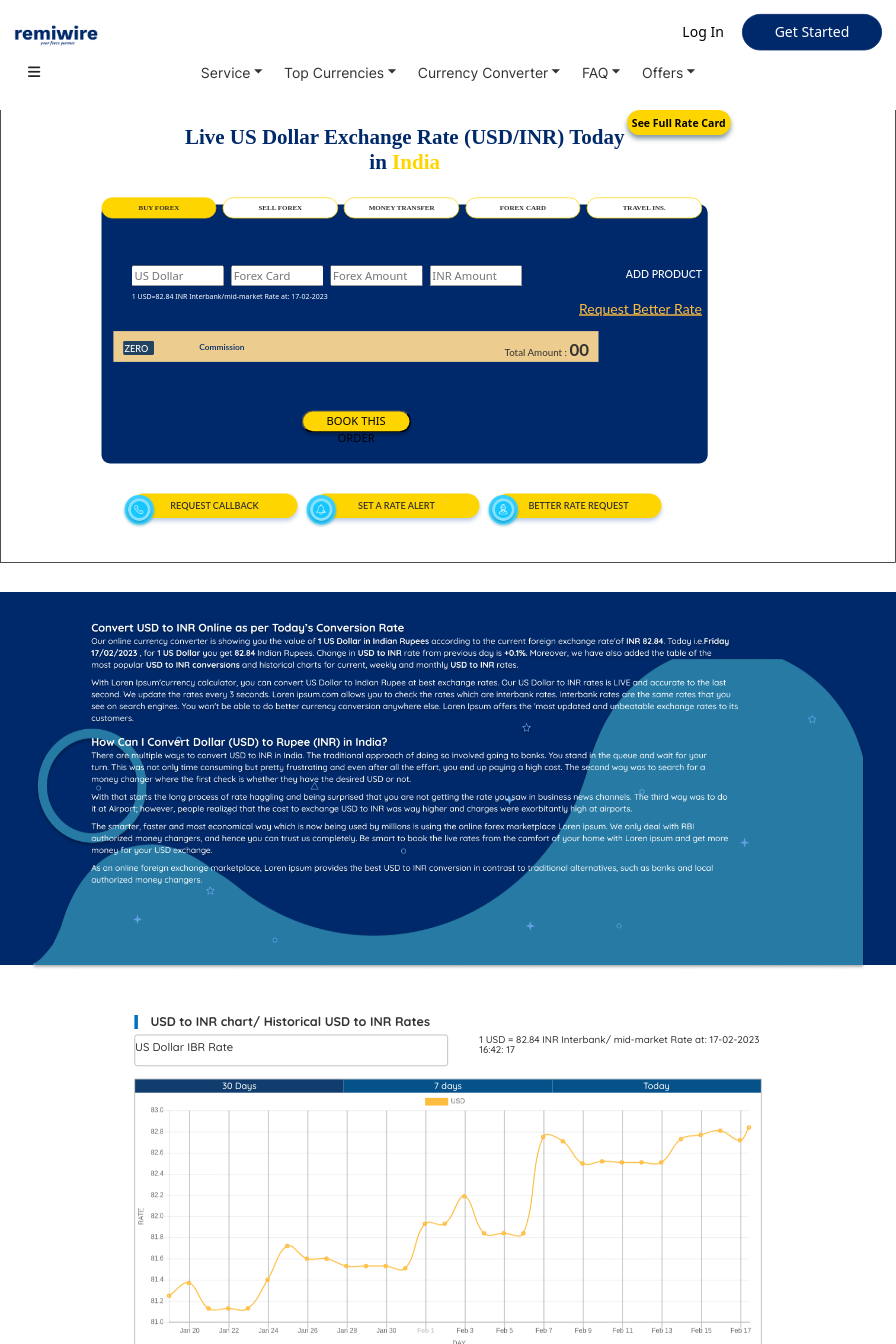
Repository: FlyweisReact/Akshadeep-latest
Page: /exchange
An editor plug-in stored every save of this project. The page is shown before and after a run of saves, followed by the edit.
The browser window is 1280 px wide. The pictures show the part of the page from y = 0 to 1920 px (the page is 4008 px tall before and 4044 px after), at 70% of full size.
Some web libraries are served in a nearby version. The project was rebuilt for these pictures with package versions that can differ from the ones it lists, and the page was loaded fresh each time. Also part of the build but not shown: src/components/order_p1.jsx, src/components/order_p2.jsx, src/components/faas.jsx, src/components/offer.jsx, src/components/Component/Index/CurrencySlider.js, src/components/Component/Index/IndexFirstMotion.js, src/components/Component/Index/IndexSecondMotion.js, src/components/Component/Index/IndexThirdMotion.js and 15 more.

Above is the page before, as saved 2023-05-30 17:28:43.

### public/index.html
<!DOCTYPE html>
<html lang="en">
  <head>
    <meta charset="utf-8" />
    <link rel="icon" href="%PUBLIC_URL%/favicon.ico" />
    <meta name="viewport" content="width=device-width, initial-scale=1" />
    <meta name="theme-color" content="#000000" />
    <meta
      name="description"
      content="Web site created using create-react-app"
    />
    <link rel="apple-touch-icon" href="%PUBLIC_URL%/logo192.png" />

    <link rel="manifest" href="%PUBLIC_URL%/manifest.json" />
    <link rel="stylesheet" href="https://cdnjs.cloudflare.com/ajax/libs/font-awesome/5.15.3/css/all.min.css" />
    <link href="https://cdn.jsdelivr.net/npm/bootstrap@5.3.0-alpha1/dist/css/bootstrap.min.css" rel="stylesheet" integrity="sha384-GLhlTQ8iRABdZLl6O3oVMWSktQOp6b7In1Zl3/Jr59b6EGGoI1aFkw7cmDA6j6gD" crossorigin="anonymous">


    <title>React App</title>
  </head>
  <body>
    <noscript>You need to enable JavaScript to run this app.</noscript>
    <div id="root"></div>
    <script src="https://kit.fontawesome.com/b533b351e4.js" crossorigin="anonymous"></script>
  </body>
</html>

### src/components/exchange.jsx
/** @format */

import React from "react";
import Navbar from "./navbar";
import { useNavigate } from "react-router-dom";
import img3 from "../Images/button_after.png";
import img4 from "../Images/button_after -1.png";
import img5 from "../Images/button_after -2.png";
import img6 from "../Images/section.png";
import img7 from "../Images/h3_before.png";
import img8 from "../Images/image.png";
import img9 from "../Images/span.png";
import img10 from "../Images/a.png";
import img11 from "../Images/a-1.png";
import img12 from "../Images/a-2.png";
import img13 from "../Images/a-3.png";
import img14 from "../Images/a-4.png";
import img15 from "../Images/a-5.png";
import img16 from "../Images/a-6.png";
import Footer from "./footer";

const Exchange = () => {
  const navigate = useNavigate();
  return (
    <>
      <Navbar />
      <div className="exch-cont">
        <div className="exch-left-cont">
          <h2 className="exch-title">
            Live US Dollar Exchange Rate (USD/INR) Today <br /> in{" "}
            <spam>India</spam>
          </h2>
          <div className="outer-cont">
            <div className="top-box">
              <div className="top-part-1">
                <div className="top-left">
                  <div class="input-row">
                    <input type="text" placeholder="US Dollar" />
                    <input type="text" placeholder="Forex Card" />
                    <input type="text" placeholder="Forex Amount" />
                    <input type="text" placeholder="INR Amount" />
                  </div>
                  <small>
                    1 USD=82.84 INR Interbank/mid-market Rate at: 17-02-2023
                  </small>
                </div>
                <div className="top-right">
                  <a>ADD PRODUCT</a>
                </div>
              </div>
              <h3 className="exch-mid-txt">Request Better Rate</h3>
              <div className="exch-mid-cont">
                <div className="exch-mid-cont-l">
                  <div className="inside-comp">
                    <div className="comp-1">
                      <p>ZERO</p>
                    </div>
                    <div className="comp-2">
                      <p>Commission</p>
                    </div>
                  </div>
                </div>
                <div className="exch-mid-cont-r">
                  <p>
                    Total Amount : <spam>00</spam>
                  </p>
                </div>
              </div>
              <button
                className="top-box-btn"
                onClick={() => navigate("/customer-det")}
              >
                BOOK THIS ORDER
              </button>
            </div>
            <div className="btn-box">
              <button style={{ backgroundColor: "#FFD500" }}>BUY FOREX</button>
              <button>SELL FOREX</button>
              <button>MONEY TRANSFER</button>
              <button>FOREX CARD</button>
              <button>TRAVEL INS.</button>
            </div>
            <div className="out-btn-box">
              <div className="btn-img">
                <button className="bt-img">REQUEST CALLBACK</button>
                <img src={img3} alt="" />
              </div>
              <div className="btn-img">
                <button className="bt-img">SET A RATE ALERT</button>
                <img src={img4} alt="" />
              </div>
              <div className="btn-img">
                <button className="bt-img">BETTER RATE REQUEST</button>
                <img src={img5} alt="" />
              </div>
            </div>
          </div>
        </div>
        <div className="exch-right-cont">
          <button className="exch-btn">See Full Rate Card</button>
        </div>
      </div>




      <div className="body-mid-cont">
        <img className="body-mid-cont-img" src={img6} alt="" />
      </div>
      <div className="exch-below-cont">
        <div className="faltu">
          <img src={img7} alt="" />
          <h3>USD to INR chart/ Historical USD to INR Rates</h3>
        </div>
        <div className="exch-below-cont-1">
          <div className="exch-below-cont-1-left">
            <h4>US Dollar IBR Rate</h4>
          </div>
          <div className="exch-below-cont-1-right">
            <p>
              1 USD = 82.84 INR Interbank/ mid-market Rate at: 17-02-2023 16:42:
              17
            </p>
          </div>
        </div>
        <div className="exch-box">
          <div className="exch-box-cont">
            <div className="ii">30 Days</div>
            <div className="ia">7 days</div>
            <div className="ia">Today</div>
          </div>
          <img src={img8} alt="" style={{ width: "100%" }} />
        </div>
        <div className="faltu" style={{ margin: "2%" }}>
          <img src={img7} alt="" />
          <h3>Popular USD to INR Conversion Rate</h3>
        </div>
        <div className="exch-below-cont-2">
          <div className="exch-below-cont-2-left">
            <table>
              <tr>
                <th>US Dollar(USD)</th>
                <th>Indian Rupee(INR)</th>
              </tr>
              <tr>
                <td>1 USD</td>
                <td>82.84 INR</td>
              </tr>
              <tr>
                <td>1 USD</td>
                <td>82.84 INR</td>
              </tr>
              <tr>
                <td>1 USD</td>
                <td>82.84 INR</td>
              </tr>
              <tr>
                <td>1 USD</td>
                <td>82.84 INR</td>
              </tr>
              <tr>
                <td>1 USD</td>
                <td>82.84 INR</td>
              </tr>
              <tr>
                <td>1 USD</td>
                <td>82.84 INR</td>
              </tr>
            </table>
          </div>
          <div className="exch-below-cont-2-right">
            <table>
              <tr>
                <th>US Dollar(USD)</th>
                <th>Indian Rupee(INR)</th>
              </tr>
              <tr>
                <td>1 USD</td>
                <td>82.84 INR</td>
              </tr>
              <tr>
                <td>1 USD</td>
                <td>82.84 INR</td>
              </tr>
              <tr>
                <td>1 USD</td>
                <td>82.84 INR</td>
              </tr>
              <tr>
                <td>1 USD</td>
                <td>82.84 INR</td>
              </tr>
              <tr>
                <td>1 USD</td>
                <td>82.84 INR</td>
              </tr>
              <tr>
                <td>1 USD</td>
                <td>82.84 INR</td>
              </tr>
            </table>
          </div>
        </div>
      </div>
      <div className="exch-below-cont-3">
        <div>
          <h4>1 US Dollar To Indian Rupee Stats</h4>
          <table>
            <tr>
              <th></th>
              <th>Last 30 Days</th>
              <th>Last 90 Days</th>
            </tr>
            <tr>
              <td>High</td>
              <td>82.25</td>
              <td>82.925</td>
            </tr>
            <tr>
              <td>High</td>
              <td>82.25</td>
              <td>82.925</td>
            </tr>
            <tr>
              <td>High</td>
              <td>82.25</td>
              <td>82.925</td>
            </tr>
            <tr>
              <td>High</td>
              <td>82.25</td>
              <td>82.925</td>
            </tr>
          </table>
        </div>
      </div>
      <div className="exch-below-cont-4">
        <h3>Currency Information</h3>
        <div className="exch-below-cont-4-cont">
          <div className="exch-below-cont-4-l">
            <div className="faltu">
              <img src={img7} alt="" />
              <h3>USD-US Dollar</h3>
            </div>
            <p>
              Lorem Ipsum is a dummy text showing the place for some real text
              check below to get more details and other facts about the
              currency.
            </p>
            <a href="">More info</a>
          </div>
          <div className="exch-below-cont-4-r">
            <div className="faltu">
              <img src={img7} alt="" />
              <h3>USD-US Dollar</h3>
            </div>
            <p>
              Lorem Ipsum is a dummy text showing the place for some real text
              check below to get more details and other facts about the
              currency.
            </p>
            <a href="">More info</a>
          </div>
        </div>
      </div>
      <div className="exch-below-cont-5">
        <div className="extra-comp">
          <div className="exch-grid">
            <div className="exch-grid-item">
              <a href="">Convert NZD to INR</a>
            </div>
            <div className="exch-grid-item">
              <a href="">Convert NZD to INR</a>
            </div>
            <div className="exch-grid-item">
              <a href="">Convert NZD to INR</a>
            </div>
            <div className="exch-grid-item">
              <a href="">Convert NZD to INR</a>
            </div>
            <div className="exch-grid-item">
              <a href="">Convert NZD to INR</a>
            </div>
            <div className="exch-grid-item">
              <a href="">Convert NZD to INR</a>
            </div>
          </div>
        </div>
      </div>
      <div className="exch-below-cont-6">
        <div className="exch-below-cont-6-1">
          <h4>US Dollars Rates In Other Cities</h4>
          <img src={img9} alt="" />
        </div>
        <div className="form-group-2">
          <select className="ip" id="timezone" name="timezone" required>
            <option value="">Select City</option>
            <option value="EST">Mumbai</option>
            <option value="CST">Delhi</option>
            <option value="PST">Ghaziabad</option>
            <option value="PST">Pune</option>
            <option value="PST">Chennai</option>
            <option value="PST">Banglore</option>
          </select>
        </div>
        <div className="exch-below-6-last">
          <img src={img10} alt="" />
          <img src={img11} alt="" />
          <img src={img12} alt="" />
          <img src={img13} alt="" />
          <img src={img14} alt="" />
          <img src={img15} alt="" />
          <img src={img16} alt="" />
        </div>
      </div>
      <Footer />
    </>
  );
};

export default Exchange;

### src/Style/Header.css
/** @format */

.Sticky-Header-Companent {
  height: 100%;
  background-color: var(--white);
  position: sticky;
  top: 0;
  z-index: 999;
  padding: 20px;
  transition: box-shadow 0.3s ease;
}

.scrolled {
  box-shadow: rgba(0, 0, 0, 0.24) 0px 3px 8px;
}

.Header {
  width: 100%;
  display: flex;
  justify-content: space-between;
  align-items: center;
}

.Header .left-component a {
  font-family: InterFont;
  font-size: 2rem;
  color: #000000;
  cursor: pointer;
  text-decoration: none;
}
.Header .left-component img{
  width: 120px;
}

.Header .right-component {
  display: flex;
  gap: 20px;
}
.Header .right-component .btn1 {
  font-weight: 500;
  font-size: var(--medium-font);
  color: var(--black);
  background-color: transparent;
  border: none;
}
.Header .right-component .btn2 {
  font-size: var(--medium-font);
  color: var(--white);
  background-color : #00296B;
  border: 1px solid #00296B;
  padding: 10px;
  width: 200px;
  border-radius: var(--half-border);
}

/* Category Drop- Down */
.Drop-Category-Bar {
  display: flex;
  align-items: center;
}
.Drop-Category-Bar .left-container {
  width: 20%;
  padding: 20px;
}

.Drop-Category-Bar .right-Container {
  display: flex;
  width: 60%;
  justify-content: space-evenly;
}

.Drop-Category-Bar .left-container i {
  font-size: var(--medium-font);
  cursor: pointer;
}
.Drop-Category-Bar .right-Container #dropdown-basic {
  border: none;
  font-size: var(--medium-font);
  font-style: normal;
  line-height: 29px;
  color: #333131;
  font-family:InterFont ;
}
.Drop-Category-Bar .right-Container #dropdown-button-drop-end {
  width: 100%;
  display: flex;
  justify-content: space-between;
  gap: 20px;
  align-items: center;
  font-size: var(--small-font);
  border: none;
}
.Drop-Category-Bar .right-Container .dropdown-item {
  width: 100%;
  font-size: var(--small-font);
  border: none;
  padding-left: 12px;
}

/* FullScreen Offcanvas */
.offcanvas.offcanvas-start {
  width: 100% !important;
  background-color: transparent;
}
.offcanvas-backdrop.show {
  opacity: 0.9 !important;
}
.Offcanvas-Menu {
  position: relative;
  padding: 20px;
}
.Offcanvas-Menu .fa-x {
  font-size: var(--medium-font);
  color: #fff;
  position: absolute;
  right: 20px;
  top: 20px;
  cursor: pointer;
}
.Offcanvas-Menu .Menu-Items {
  display: flex;
  justify-content: space-evenly;
  align-items: center;
  position: absolute;
  top: 50%;
  gap: 20px;
  left: 50%;
  transform: translate(-50%, -50%);
  width: 100%;
  padding-left: 5%;
  padding-right: 5%;
}
.Offcanvas-Menu .Menu-Items div {
  width: 20%;
  cursor: pointer;
}
.Offcanvas-Menu .Menu-Items div img {
  display: block;
  margin: auto;
}
.Offcanvas-Menu .Menu-Items div a {
  text-decoration: none;
}
.Offcanvas-Menu .Menu-Items p {
  font-size: var(--medium-font);
  color: #ffffff;
  text-align: center;
  margin-top: 10px;
  font-family: OpenFont;
  text-decoration: none;
  width: 100%;
}

### src/Style/Footer.css
/**
 * Footer
 *
 * @format
 */

.footer {
  background-color: #241d4b;
  color: #fff;
  padding: 50px 0;
}

.footer .foot-row {
  display: flex;
  justify-content: space-evenly;
  gap: 20px;
}

.footer .foot-row .foot-col {
  width: 15%;
}

.footer .foot-row .foot-col h3 {
  font-family: PoppinFont;
  font-size: var(--medium-font);
  line-height: 19px;
  color: #919191;
  margin-bottom: 20px;
}

.footer .foot-row .foot-col p {
  font-family: QuickSand;
  font-size: var(--extra-small-font);
  color: #ffffff;
  cursor: pointer;
}

.footer .footer_bottom_Cont {
  display: flex;
  justify-content: space-evenly;
  gap: 20px;
  padding-top: 50px;

}

.footer .footer_bottom_Cont .Item_Div {
  width: 30%;
  padding: 20px;
}
.footer .footer_bottom_Cont .Item_Div .head {
  font-family: PoppinFont;
  font-size: var(--medium-font);
  color: #919191;

  margin: 0;
}
.footer .footer_bottom_Cont .Item_Div .subItem {
  margin: 0;
  display: flex;
  gap: 20px;
  align-items: center;
}
.footer .footer_bottom_Cont .Item_Div .subItem p{
    margin: 0;
    font-family: QuickSand;
font-size: var(--extra-small-font);
color: #FFFFFF;
}

### src/components/navbar.jsx
import Header from "./Layout/Header";

const Navbar = () => {
  return (
    <>
      <Header />
    </>
  );
};

export default Navbar;

### src/components/footer.jsx
/** @format */

import React from "react";
import img from "../Images/23.png";
import img1 from "../Images/24.png";
import img2 from "../Images/25 (1).png";
import img3 from "../Images/25 (2).png";

const Footer = () => {
  return (
    <footer className="footer">
      <div className="foot-row">
        <div className="foot-col">
          <h3>Company</h3>
          <p>About Us</p>
          <p>Contact Us</p>
          <p>Careers</p>
        </div>

        <div className="foot-col">
          <h3>Services</h3>
          <p>Prepaid Travel Card</p>
          <p>Foreign Demand Draft</p>
          <p>Foreign Currency</p>
          <p>Educational Loans</p>
          <p>Remmittance</p>
          <p>Travel Insurance</p>
          <p>Forex as a Service (Faas Solution)</p>
        </div>
        <div className="foot-col">
          <h3>Quick Links</h3>
          <p>FAQs</p>
          <p>Cancellation & Refund Policy</p>
          <p>Forex Rates</p>
          <p>Our Policies</p>
          <p>Terms of Use</p>
          <p>Site Map</p>
          <p>Offers</p>
        </div>
        <div className="foot-col">
          <h3>Insight</h3>
          <p>Blogs</p>
          <p>Press Release</p>
          <p>Foreign Currency</p>
          <p>Educational Loans</p>
          <p>Remmittance</p>
          <p>Travel Insurance</p>
          <p>Forex as a Service (Faas Solution)</p>
        </div>
        <div className="foot-col">
          <h3>Registered Office Address</h3>
          <p>Lorem Ipsum Pvt ltd.</p>
          <p>
            P-701 to P-705 lorem ipsum , 7th floor, 11th tower, panchsheel
            primerose, vatista , Gurugram, Hariyana
          </p>
        </div>
      </div>

      <div className="footer_bottom_Cont">
        <div className="Item_Div">
          <p className="head">Download Our App</p>
          <div className="subItem">
            <img src={img} alt="" />
            <img src={img1} alt="" />
          </div>
        </div>

        <div className="Item_Div">
          <p className="head">We Accept:</p>
          <div className="subItem">
            <img src={img2} alt="" />
            <img src={img3} alt="" />
          </div>
        </div>

        <div className="Item_Div">
          <p className="head">Contact Us</p>
          <div className="subItem" style={{ gap: "10px" }}>
            <i className="fa-solid fa-phone"></i>
            <p>+91-9212219191</p>
          </div>
          <div className="subItem">
            <p>hello@Lorenipsum.com</p>
          </div>
        </div>
      </div>
    </footer>
  );
};

export default Footer;

Loaded but not shown: src/Json/menu.json (187 lines, source omitted); src/components/Modals/RegisterModal.js (88 lines, source omitted); src/components/Modals/LoginModal.js (81 lines, source omitted); src/components/Layout/DropBar.js (60 lines, source omitted); src/components/Layout/Sidebar.js (70 lines, source omitted); src/App.js (51 lines, source omitted); src/components/Layout/Header.js (61 lines, source omitted); src/components/Modals/OtpModal.js (34 lines, source omitted); src/index.js (10 lines, source omitted); src/Style/Component.css (1647 lines, source omitted); src/index.css (2016 lines, source omitted)

After the next 2 saves:
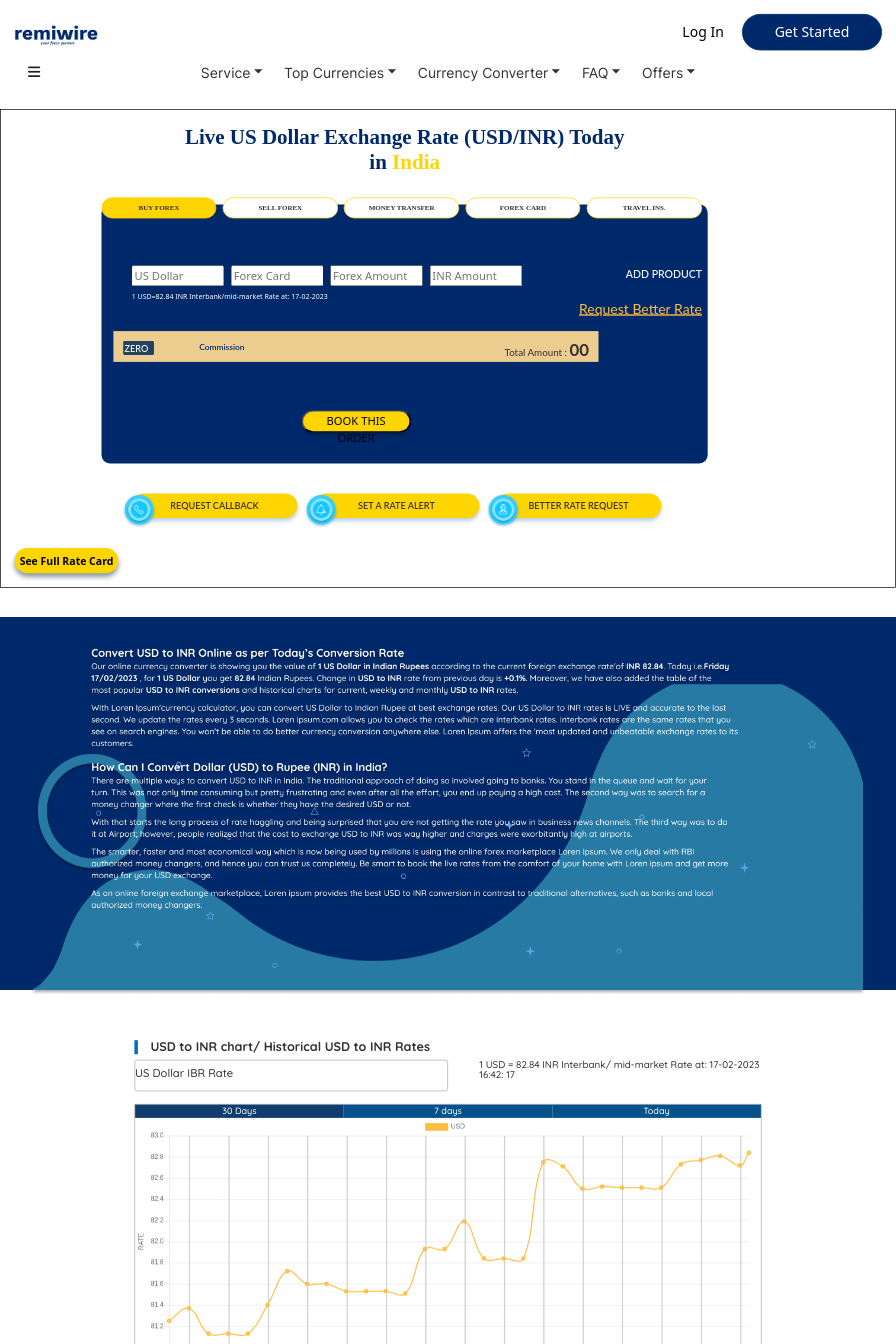
The 2 saves are shown as one change because they came seconds apart.
The last was saved 17 s later.
--- a/src/components/exchange.jsx
+++ b/src/components/exchange.jsx
@@ -96,9 +96,7 @@ const Exchange = () => {
             </div>
           </div>
         </div>
-        <div className="exch-right-cont">
-          <button className="exch-btn">See Full Rate Card</button>
-        </div>
+        <button className="exch-btn">See Full Rate Card</button>
       </div>
 
 
